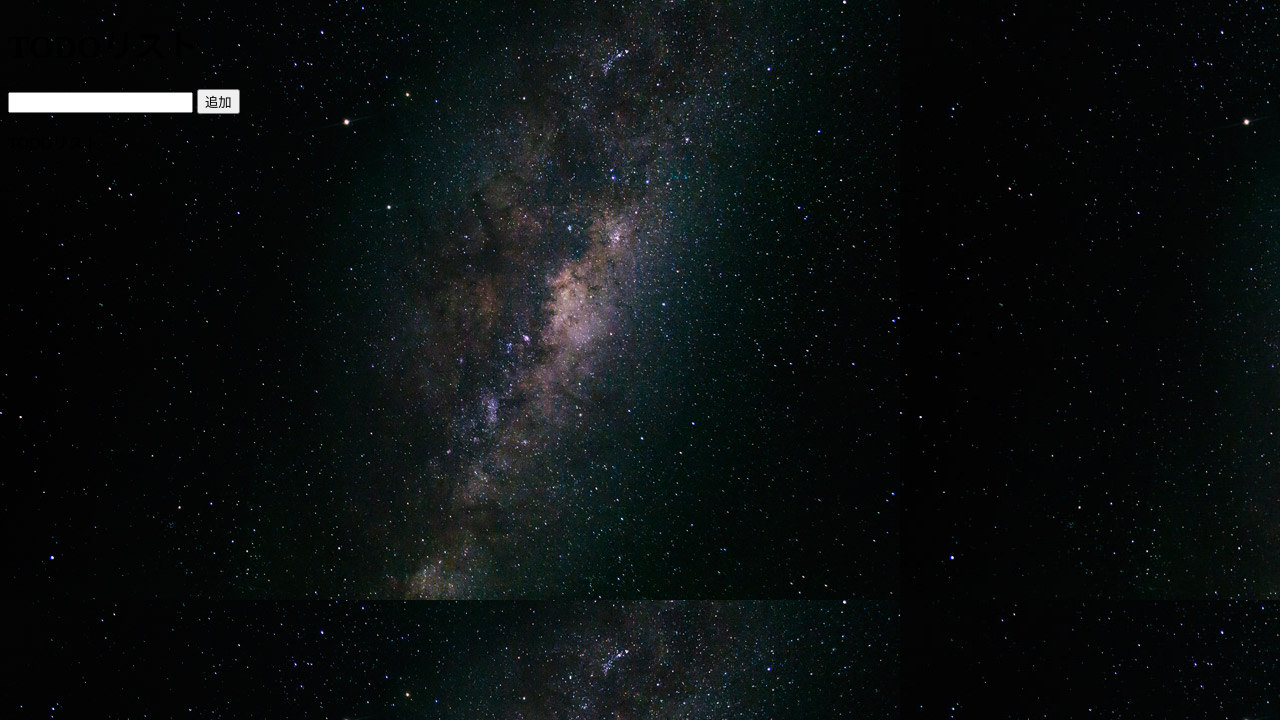
Repository: kntb2565/todolist
Page: src/index.html
These files come from the project's save history. The page is drawn as it stood at one moment and after the next save; the edit follows.
The browser window is 1280 px wide. The pictures show the whole page.

Above is the page before, as saved 2018-10-22 12:39:08.

After the next save:
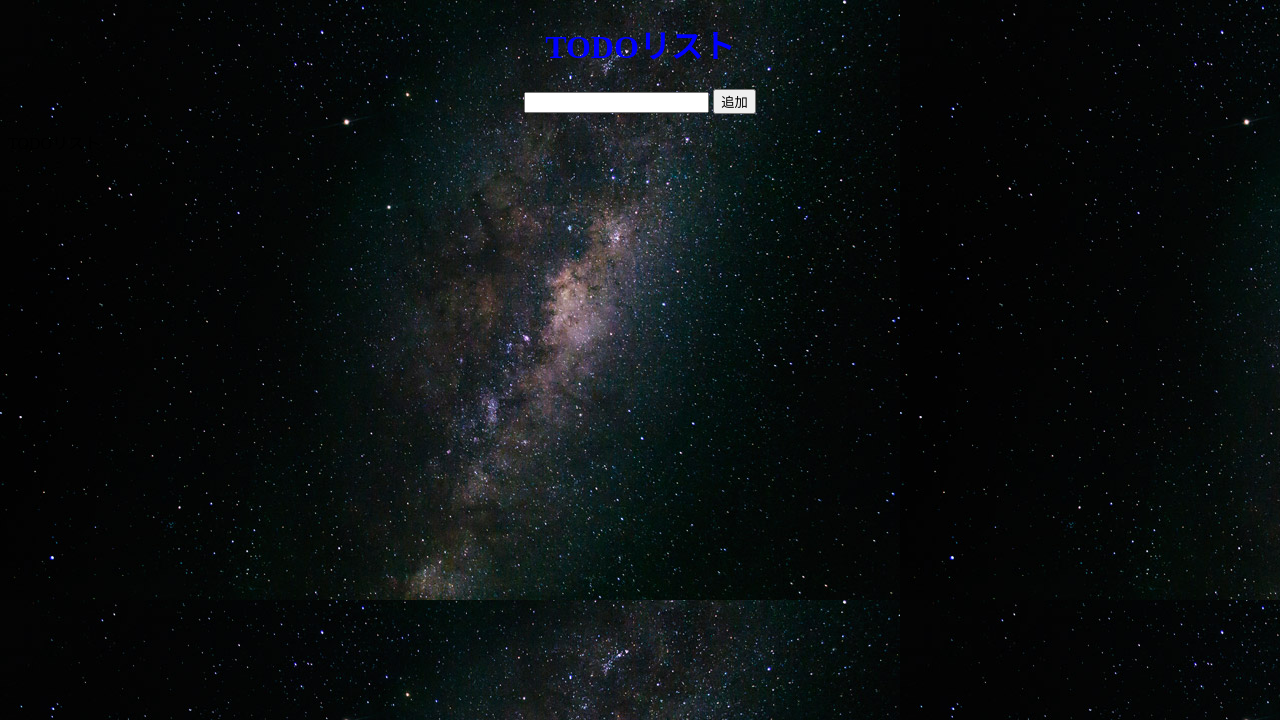
Saved 30 s later.
--- a/src/index.html
+++ b/src/index.html
@@ -6,7 +6,7 @@
   <link rel="stylesheet" href="css/styles.css" type="text/css">
   </head>
 
-  <div>
+  <div class="todo">
     <h1>TODOリスト</h1>
     <input type="text" />
     <input type="button" value="追加" />
